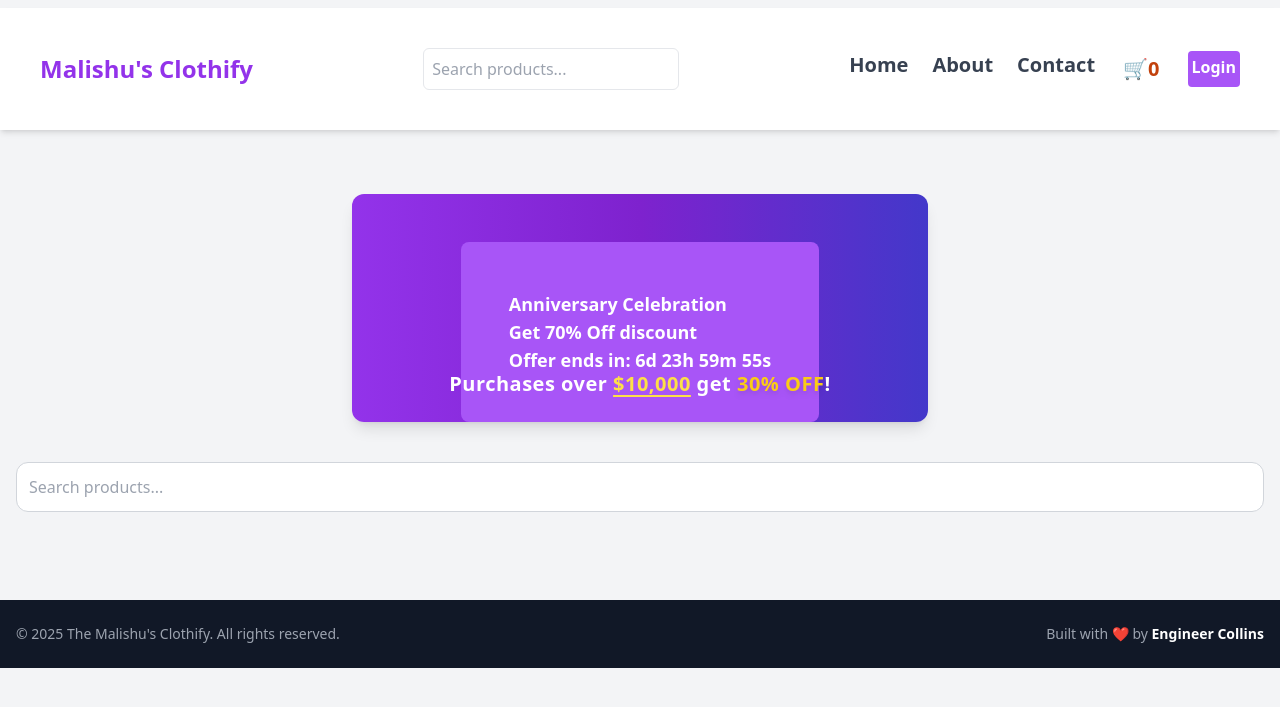
Repository: Engineer-collo/Modern-Ecommerce-Application
Page: /
These files come from the project's save history. The page is drawn as it stood at one moment and after the next save; the edit follows.
The browser window is 1280 px wide. The pictures show the whole page.
The page's requests for data from a server got no answer. The project was rebuilt for these pictures with package versions that can differ from the ones it lists, and the page was loaded fresh each time. No one was signed in, and anything a server would have sent is missing. Also part of the build but not shown: vite.config.js, src/components/SignupForm.jsx, src/components/LoginForm.jsx, src/components/ProductCard.jsx, src/components/Contact.jsx, src/components/About.jsx, src/components/Cart.jsx.

Above is the page before, as saved 2025-05-23 16:26:41.

### index.html
<!DOCTYPE html>
<html lang="en">
<head>
  <meta charset="UTF-8">
  <meta name="viewport" content="width=device-width, initial-scale=1.0">
  <title>Ecommerce</title>
</head>
<body class="bg-gray-100">
  <div id="root"></div>
  <script type="module" src="/src/main.jsx"></script>
</body>
</html>

### src/main.jsx
import React from 'react'
import ReactDOM from 'react-dom/client'
import './index.css'
import App from './App'

ReactDOM.createRoot(document.getElementById('root')).render(
  <React.StrictMode>
    <App />
  </React.StrictMode>,
)

### src/App.jsx
import { BrowserRouter as Router, Routes, Route } from 'react-router-dom';
import { useEffect, useState } from 'react';
import Footer from './components/Footer';
import Navbar from './components/Navbar';
import SignupForm from './components/SignupForm';
import LoginForm from './components/LoginForm';
import ProductFeed from './components/ProductFeed';
import Contact from './components/Contact';
import About from './components/About';
import Cart from './components/Cart';

import {
  showSuccessToast,
  ToastContainerWrapper,
} from './components/Toast';

function App() {
  const [cart, setCart] = useState([]);
  const [cartLoaded, setCartLoaded] = useState(false);

  // Load cart from localStorage
  useEffect(() => {
    const storedCart = localStorage.getItem("cart");
    if (storedCart) {
      try {
        setCart(JSON.parse(storedCart));
      } catch (error) {
        console.error("Failed to parse cart from localStorage:", error);
      }
    }
    setCartLoaded(true);
  }, []);

  // Save cart to localStorage when updated
  useEffect(() => {
    if (cartLoaded) {
      localStorage.setItem("cart", JSON.stringify(cart));
    }
  }, [cart, cartLoaded]);

  const addToCart = (product) => {
    setCart(prevCart => {
      const existing = prevCart.find(item => item.id === product.id);
      if (existing) {
        return prevCart.map(item =>
          item.id === product.id
            ? { ...item, quantity: item.quantity + 1 }
            : item
        );
      } else {
        return [...prevCart, { ...product, quantity: 1 }];
      }
    });
    showSuccessToast("Added to cart!");
  };

  const removeFromCart = (product) => {
    setCart(prevCart =>
      prevCart
        .map(item =>
          item.id === product.id
            ? { ...item, quantity: item.quantity - 1 }
            : item
        )
        .filter(item => item.quantity > 0)
    );
    showSuccessToast("Removed from cart!");
  };

  return (
    <Router>
      <Navbar cart={cart} />
      <Routes>
        <Route
          path="/"
          element={
            <ProductFeed
              addToCart={addToCart}
              showSuccessToast={showSuccessToast}
              cart={cart}
            />
          }
        />
        <Route
          path="/cart"
          element={
            <Cart
              cart={cart}
              removeFromCart={removeFromCart}
            />
          }
        />
        <Route path="/login" element={<LoginForm />} />
        <Route path="/signup" element={<SignupForm />} />
        <Route path="/about" element={<About />} />
        <Route path="/contact" element={<Contact showSuccessToast={showSuccessToast} />} />
      </Routes>
      <ToastContainerWrapper />
      <Footer />
    </Router>
  );
}

export default App;

### src/components/Footer.jsx
const Footer = () => {
    return(
        <>
        <footer className="bg-gray-900 text-white py-6 mt-12">
  <div className="max-w-7xl mx-auto px-4 flex flex-col md:flex-row justify-between items-center space-y-4 md:space-y-0">
    <p className="text-sm text-gray-400">
      &copy; {new Date().getFullYear()} The Malishu's Clothify.  All rights reserved.
    </p>
    <p className="text-sm text-gray-400">
      Built with ❤️ by <span className="text-white font-semibold">Engineer Collins</span>
    </p>


  </div>
</footer>

        </>
    )
}

export default Footer

### src/components/Navbar.jsx
import React, { useState } from "react";
import { Link } from "react-router-dom";

const Navbar = ({ cart = [], searchTerm, setSearchTerm }) => {
  const [isOpen, setIsOpen] = useState(false);

  const toggleMenu = () => setIsOpen(!isOpen);

  return (
    <header className="mt-2 bg-white  shadow-md">
      <div className="max-w-7xl mx-auto px-10 py-10 flex flex-col md:flex-row md:justify-between md:items-center">
        <div className="flex justify-between items-center">
          <h1 className="text-2xl font-bold text-gray-800">
            <Link
              to="/"
              className="hover:text-blue-500 text-gray-700 transition"
            >
              <span className="text-purple-600">Malishu's Clothify</span>
            </Link>
          </h1>

          <div className="md:hidden">
            <button
              onClick={toggleMenu}
              className="text-gray-700 focus:outline-none"
            >
              <svg
                className="h-6 w-6"
                fill="none"
                stroke="currentColor"
                strokeWidth="2"
                viewBox="0 0 24 24"
              >
                <path
                  strokeLinecap="round"
                  strokeLinejoin="round"
                  d={
                    isOpen
                      ? "M6 18L18 6M6 6l12 12"
                      : "M4 6h16M4 12h16M4 18h16"
                  }
                />
              </svg>
            </button>
          </div>
        </div>

        {/* Search Input */}
        <div className="my-2 md:my-0 w-full md:w-auto">
          <input
            type="text"
            placeholder="Search products..."
            value={searchTerm}
            onChange={(e) => setSearchTerm(e.target.value)}
            className="w-full md:w-64 p-2 border rounded-md"
          />
        </div>

        {/* Desktop nav */}
        <nav className="space-x-6 hidden md:flex">
          <Link
            to="/"
            className="text-xl hover:text-blue-500 font-bold text-gray-700 transition"
          >
            Home
          </Link>
          <Link
            to="/about"
            className="text-xl  text-2x hover:text-blue-500 font-bold text-gray-700 transition"
          >
            About
          </Link>
          <Link
            to="/contact"
            className=" text-xl hover:text-blue-500 font-bold text-gray-700 transition"
          >
            Contact
          </Link>
          <Link
            to="/cart"
            className="text-xl rounded p-1 font-bold text-orange-700 transition"
          >
            🛒<span>{cart.length}</span>
          </Link>
          <Link
            to="/login"
            className="rounded p-1 bg-purple-500 font-bold text-white transition"
          >
            Login
          </Link>
        </nav>
      </div>

      {/* Mobile nav */}
      {isOpen && (
        <nav className="md:hidden px-4 pb-4 space-y-2">
          {isOpen && (
              <nav className="md:hidden px-4 py-4 flex flex-col space-y-4 bg-white shadow-inner">
              <Link
                to="/"
                className="text-2xl font-bold text-gray-700 hover:text-blue-500 transition"
              >
                Home
              </Link>
              <Link
                to="/about"
                className="text-2xl font-bold text-gray-700 hover:text-blue-500 transition"
              >
                About
              </Link>
              <Link
                to="/contact"
                className="text-2xl font-bold text-gray-700 hover:text-blue-500 transition"
              >
                Contact
              </Link>
              <Link
                to="/cart"
                className="text-2xl font-bold text-orange-700 hover:text-orange-500 transition"
              >
                🛒 {cart.length}
              </Link>
              <Link
                to="/login"
                className="text-center text-2xl font-bold bg-purple-500 text-white px-3 py-2 rounded transition"
              >
                Login
              </Link>
            </nav>

)}

        </nav>
      )}
    </header>
  );
};

export default Navbar;

### src/components/ProductFeed.jsx
import React, { useEffect, useState } from "react";
import ProductCard from "./ProductCard";
import OfferCountdown from "./OfferCountdown";

const ProductFeed = ({ addToCart }) => {
  const [products, setProducts] = useState([]);
  const [searchTerm, setSearchTerm] = useState("");

  useEffect(() => {
    fetch("https://fakestoreapi.com/products")
      .then((res) => res.json())
      .then((data) => setProducts(data))
      .catch((err) => console.error("Failed to fetch products:", err));
  }, []);

  const filteredProducts = products.filter((product) =>
    product.title.toLowerCase().includes(searchTerm.toLowerCase())
  );

  return (
    <>
      <div className="mt-12 p-4 max-w-7xl mx-auto">
        {/* Modern styled offer card */}
        <div className="mb-10 p-6 rounded-xl shadow-lg bg-gradient-to-r from-purple-600 via-purple-700 to-indigo-700 text-white max-w-xl mx-auto">
          <OfferCountdown />
          <p className="mt-6 text-center text-lg sm:text-xl font-semibold tracking-wide">
            Purchases over{" "}
            <span className="text-yellow-300 underline decoration-yellow-300 underline-offset-4">
              $10,000
            </span>{" "}
            get{" "}
            <span className="text-yellow-400 font-extrabold drop-shadow-md">
              30% OFF
            </span>
            !
          </p>
        </div>

        {/* Search input */}
        <input
          type="text"
          placeholder="Search products..."
          value={searchTerm}
          onChange={(e) => setSearchTerm(e.target.value)}
          className="mb-6 p-3 w-full border border-gray-300 rounded-xl focus:outline-none focus:ring-4 focus:ring-purple-500 focus:border-transparent transition"
        />

        {/* Products grid */}
        <div className="grid grid-cols-2 md:grid-cols-3 lg:grid-cols-4 gap-6">
          {filteredProducts.map((product) => (
            <ProductCard
              key={product.id}
              product={product}
              addToCart={addToCart}
            />
          ))}
        </div>
      </div>
    </>
  );
};

export default ProductFeed;

### src/components/Toast.jsx
// src/components/Toast.js
import { toast, ToastContainer } from 'react-toastify';
import 'react-toastify/dist/ReactToastify.css';

// Toast functions
export const showSuccessToast = (message) =>
  toast.success(message, {
    className: 'bg-green-100 text-green-800 border border-green-300 rounded p-4',
    bodyClassName: 'text-sm',
    progressClassName: 'bg-green-500',
  });

export const showErrorToast = (message) =>
  toast.error(message, {
    className: 'bg-red-100 text-red-800 border border-red-300 rounded p-4',
    bodyClassName: 'text-sm',
    progressClassName: 'bg-red-500',
  });

export const showInfoToast = (message) =>
  toast.info(message, {
    className: 'bg-blue-100 text-blue-800 border border-blue-300 rounded p-4',
    bodyClassName: 'text-sm',
    progressClassName: 'bg-blue-500',
  });

export const showWarningToast = (message) =>
  toast.warn(message, {
    className: 'bg-yellow-100 text-yellow-800 border border-yellow-300 rounded p-4',
    bodyClassName: 'text-sm',
    progressClassName: 'bg-yellow-500',
  });

// Toast container
export const ToastContainerWrapper = () => (
  <ToastContainer position="top-center" autoClose={2000} />
);

### src/components/OfferCountdown.jsx
import React, { useState, useEffect, useRef } from 'react';

const OfferCountdown = () => {
  const offerEndsAt = useRef(new Date(Date.now() + 7 * 24 * 60 * 60 * 1000)); // 1 week from now

  const calculateTimeLeft = () => {
    const now = new Date();
    const difference = offerEndsAt.current - now;

    if (difference <= 0) return null;

    return {
      days: Math.floor(difference / (1000 * 60 * 60 * 24)),
      hours: Math.floor((difference / (1000 * 60 * 60)) % 24),
      minutes: Math.floor((difference / (1000 * 60)) % 60),
      seconds: Math.floor((difference / 1000) % 60),
    };
  };

  const [timeLeft, setTimeLeft] = useState(calculateTimeLeft());

  useEffect(() => {
    const timer = setInterval(() => {
      const updated = calculateTimeLeft();
      setTimeLeft(updated);
    }, 1000);

    return () => clearInterval(timer); // cleanup
  }, []);

  if (!timeLeft) {
    return <div className=" text-red-500 font-semibold">Offer expired!</div>;
  }

  return (
    <div className="grid place-items-center h-32">
    <div className="bg-purple-500 text-white p-12 rounded-lg mt-6 text-lg font-bold text-green-700">
      <h1>Anniversary Celebration</h1>
      <h1>  Get 70% Off discount    </h1>
      Offer ends in: {timeLeft.days}d {timeLeft.hours}h {timeLeft.minutes}m {timeLeft.seconds}s
    </div>
  </div>

  );
};

export default OfferCountdown;

Loaded but not shown: src/index.css (common file); tailwind.config.js (common file)

After the next save:
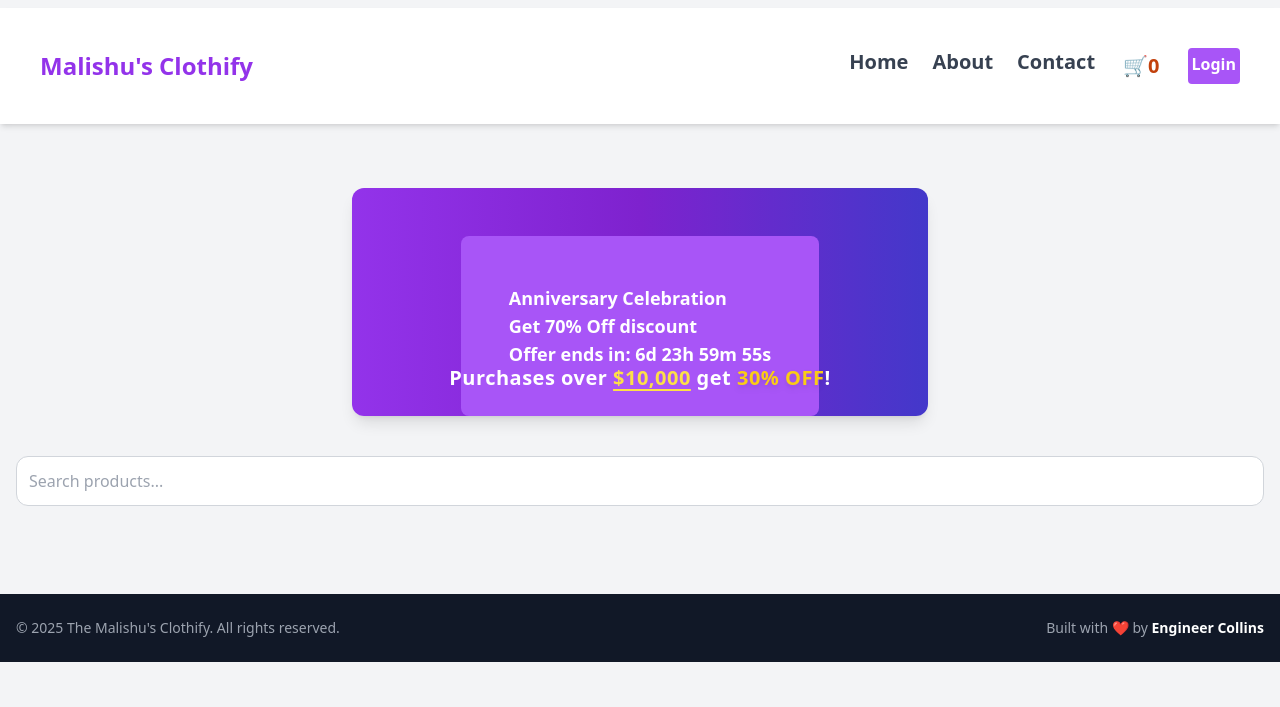
Saved 2 min 50 s later.
--- a/src/components/Navbar.jsx
+++ b/src/components/Navbar.jsx
@@ -1,13 +1,13 @@
 import React, { useState } from "react";
 import { Link } from "react-router-dom";
 
-const Navbar = ({ cart = [], searchTerm, setSearchTerm }) => {
+const Navbar = ({ cart = [] }) => {
   const [isOpen, setIsOpen] = useState(false);
 
   const toggleMenu = () => setIsOpen(!isOpen);
 
   return (
-    <header className="mt-2 bg-white  shadow-md">
+    <header className="mt-2 bg-white shadow-md">
       <div className="max-w-7xl mx-auto px-10 py-10 flex flex-col md:flex-row md:justify-between md:items-center">
         <div className="flex justify-between items-center">
           <h1 className="text-2xl font-bold text-gray-800">
@@ -45,16 +45,7 @@ const Navbar = ({ cart = [], searchTerm, setSearchTerm }) => {
           </div>
         </div>
 
-        {/* Search Input */}
-        <div className="my-2 md:my-0 w-full md:w-auto">
-          <input
-            type="text"
-            placeholder="Search products..."
-            value={searchTerm}
-            onChange={(e) => setSearchTerm(e.target.value)}
-            className="w-full md:w-64 p-2 border rounded-md"
-          />
-        </div>
+        {/* Removed search input here */}
 
         {/* Desktop nav */}
         <nav className="space-x-6 hidden md:flex">
@@ -66,13 +57,13 @@ const Navbar = ({ cart = [], searchTerm, setSearchTerm }) => {
           </Link>
           <Link
             to="/about"
-            className="text-xl  text-2x hover:text-blue-500 font-bold text-gray-700 transition"
+            className="text-xl hover:text-blue-500 font-bold text-gray-700 transition"
           >
             About
           </Link>
           <Link
             to="/contact"
-            className=" text-xl hover:text-blue-500 font-bold text-gray-700 transition"
+            className="text-xl hover:text-blue-500 font-bold text-gray-700 transition"
           >
             Contact
           </Link>
@@ -94,42 +85,38 @@ const Navbar = ({ cart = [], searchTerm, setSearchTerm }) => {
       {/* Mobile nav */}
       {isOpen && (
         <nav className="md:hidden px-4 pb-4 space-y-2">
-          {isOpen && (
-              <nav className="md:hidden px-4 py-4 flex flex-col space-y-4 bg-white shadow-inner">
-              <Link
-                to="/"
-                className="text-2xl font-bold text-gray-700 hover:text-blue-500 transition"
-              >
-                Home
-              </Link>
-              <Link
-                to="/about"
-                className="text-2xl font-bold text-gray-700 hover:text-blue-500 transition"
-              >
-                About
-              </Link>
-              <Link
-                to="/contact"
-                className="text-2xl font-bold text-gray-700 hover:text-blue-500 transition"
-              >
-                Contact
-              </Link>
-              <Link
-                to="/cart"
-                className="text-2xl font-bold text-orange-700 hover:text-orange-500 transition"
-              >
-                🛒 {cart.length}
-              </Link>
-              <Link
-                to="/login"
-                className="text-center text-2xl font-bold bg-purple-500 text-white px-3 py-2 rounded transition"
-              >
-                Login
-              </Link>
-            </nav>
-
-)}
-
+          <nav className="md:hidden px-4 py-4 flex flex-col space-y-4 bg-white shadow-inner">
+            <Link
+              to="/"
+              className="text-2xl font-bold text-gray-700 hover:text-blue-500 transition"
+            >
+              Home
+            </Link>
+            <Link
+              to="/about"
+              className="text-2xl font-bold text-gray-700 hover:text-blue-500 transition"
+            >
+              About
+            </Link>
+            <Link
+              to="/contact"
+              className="text-2xl font-bold text-gray-700 hover:text-blue-500 transition"
+            >
+              Contact
+            </Link>
+            <Link
+              to="/cart"
+              className="text-2xl font-bold text-orange-700 hover:text-orange-500 transition"
+            >
+              🛒 {cart.length}
+            </Link>
+            <Link
+              to="/login"
+              className="text-center text-2xl font-bold bg-purple-500 text-white px-3 py-2 rounded transition"
+            >
+              Login
+            </Link>
+          </nav>
         </nav>
       )}
     </header>
